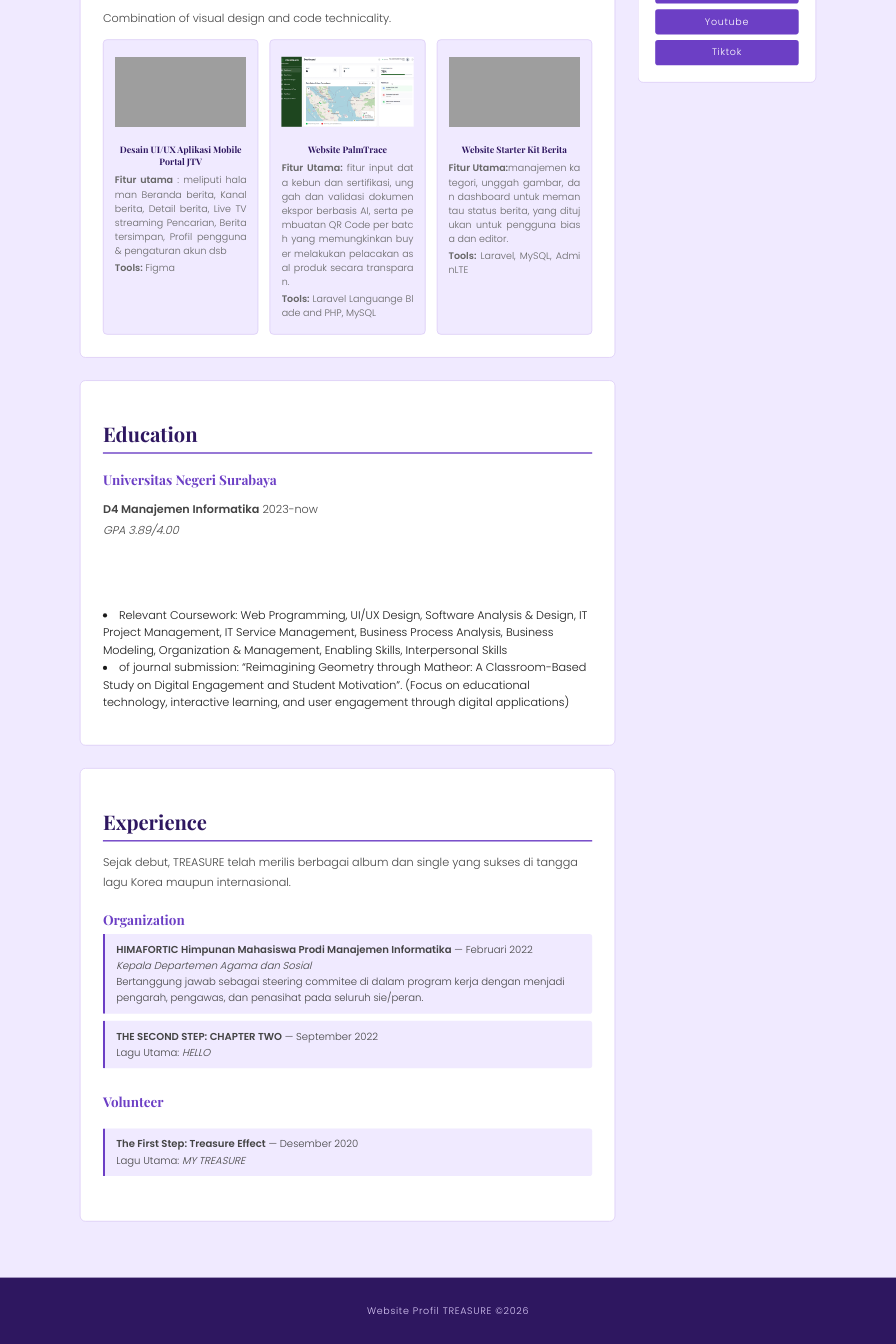
Repository: VergiMutiaRahmasyani/Website-Portofolio
Page: index.html
An editor plug-in stored every save of this project. The page is shown before and after the next save, followed by the edit.
The browser window is 1280 px wide. The pictures show the part of the page from y = 943 to 2863 px (the page is 2863 px tall before and 2803 px after), at 70% of full size.
Pictures or frames that could not be fetched are drawn as grey boxes.

Above is the page before, as saved 2026-03-07 14:33:00.

### index.html
<!DOCTYPE html>
<html>
    <head>
        <meta charset="utf-8" />
        <meta name="viewport" content="width=device-width, initial-scale=1.0" />
        <title>Portofolio Vergi</title>

        <!-- My Own CSS -->
        <link rel="stylesheet" href="css/style.css" />

        <!-- Google Fonts -->
        <link rel="preconnect" href="https://fonts.googleapis.com">
        <link rel="preconnect" href="https://fonts.gstatic.com" crossorigin>
        <link href="https://fonts.googleapis.com/css2?family=Playfair+Display:wght@400;700&family=Poppins:wght@300;400;600&display=swap" rel="stylesheet">
    </head>

    <body>

        <!-- HEADER -->
        <header class="site-header">

            <!-- NAVBAR -->
            <div class="navbar">
                <nav class="nav-list">
                    <ul>
                        <li><a href="#About">About Me</a></li>
                        <li><a href="#Work">Work</a></li>
                        <li><a href="Project">Project</a></li>
                        <li><a href="#Education">Education</a></li>
                        <li><a href="Organization">Organization</a></li>
                        <li><a href="https://drive.google.com/file/d/13-ep7ykiG-k7d2KfzBZSPx55XoqW1qHe/view?usp=sharing" target="_blank"> Resume</a></li>
                    </ul>
                </nav>
            </div>

            <div class="hero">
                <div class="hero-overlay">
                    <h1>Welcome, <br> To My Portofolio!</h1>
                </div>
            </div>

        </header>

        <!-- MAIN -->
        <main>
            <div class="content-wrapper">
                <div id="content">
                    <article id="About">
                        <h2>About Me</h2>
                        <p>
                            Saya seorang mahasiswa semester 6 Program Studi Manajemen Informatika di Universitas Negeri Surabaya, yang memiliki rasa
                            ingin tahu dan semangat yang besar. Dengan memiliki peminatan pada UI/UX Design dan Web Development,
                            saya telah berpengalaman dalam menciptakan solusi digital yang user-friendly dan berdampak. Melalui
                            kombinasi hard skills dan soft skills yang saya miliki, saya siap untuk beradaptasi dan memberikan kontribusi
                            nyata pada setiap proyek yang dijalankan.
                        </p>
                    </article>

                    <article id="Project">
                        <h2>Featured Project</h2>
                        <p>
                            Combination of visual design and code technicality.
                        </p>

                        <div class="project-list">
                            <div class="project-card">
                                <img src="D:\STUPEN\celerates\SUBMISSION\Web Portofolio\img\portaljtv.png" alt="Portal JTV" class="project-img" />
                                <h3>Desain UI/UX Aplikasi Mobile Portal JTV</h3>
                                <p><strong>Fitur utama</strong> : meliputi halaman Beranda berita, Kanal berita, Detail berita, Live TV streaming
                                    Pencarian, Berita tersimpan, Profil pengguna & pengaturan akun dsb</p>
                                <p><strong>Tools:</strong> Figma</p>
                            </div>
                            <div class="project-card">
                                <img src="img/palmtrace website.png" alt="Palm Trace Website" class="project-img"/>
                                <h3>Website PalmTrace</h3>
                                <p><strong>Fitur Utama:</strong>  fitur input data kebun dan sertifikasi, unggah dan validasi dokumen ekspor berbasis
                                    AI, serta pembuatan QR Code per batch yang memungkinkan buyer melakukan pelacakan asal
                                    produk secara transparan.</p>
                                <p><strong>Tools:</strong>  Laravel Languange Blade and PHP, MySQL</p>
                            </div>
                            <div class="project-card">
                                <img src="D:\STUPEN\celerates\SUBMISSION\Web Portofolio\img\starter kit berita.png" alt="Website Berita" class="project-img"/>
                                <h3>Website Starter Kit Berita </h3>
                                <p><strong>Fitur Utama:</strong>manajemen kategori, unggah gambar, dan dashboard untuk memantau status berita, yang
                                    ditujukan untuk pengguna biasa dan editor.</p>
                                <p><strong>Tools:</strong> Laravel, MySQL, AdminLTE</p>
                            </div>
                        </div>
                    </article>

                    <article id="Education">
                        <h2>Education</h2>
                        <h3>Universitas Negeri Surabaya</h3>
                        <p>
                            <strong>D4 Manajemen Informatika</strong>  2023-now
                            <br><em>GPA 3.89/4.00</em>
                            <br>
                        </p>
                        <p class="education-p">
                            <li > Relevant Coursework: Web Programming, UI/UX Design, Software Analysis & Design, IT Project Management, IT Service Management, Business Process
                                Analysis, Business Modeling, Organization & Management, Enabling Skills, Interpersonal Skills</li>
                            <li> of journal submission: “Reimagining Geometry through Matheor: A Classroom-Based Study on Digital
                                Engagement and Student Motivation”. (Focus on educational technology, interactive learning, and user
                                engagement through digital applications)</li>
                        </p>
                    </article>

                    <article id="pengalaman">
                        <h2>Experience</h2>
                        <p>
                            Sejak debut, TREASURE telah merilis berbagai album dan single yang sukses di tangga lagu Korea maupun internasional.
                        </p>

                        <h3> Organization </h3>
                        <ul class="pengalaman-list">
                            <li>
                                <strong>HIMAFORTIC Himpunan Mahasiswa Prodi Manajemen Informatika</strong> — Februari 2022
                                <br><em>Kepala Departemen Agama dan Sosial</em>
                                <br>Bertanggung jawab sebagai steering commitee di dalam program kerja dengan menjadi pengarah,
                                pengawas, dan penasihat  pada seluruh sie/peran.
                            </li>
                            <li>
                                <strong>THE SECOND STEP: CHAPTER TWO</strong> — September 2022
                                <br>Lagu Utama: <em>HELLO</em>
                            </li>


                        <h3>Volunteer</h3>
                        <ul class="pengalaman-list">
                            <li>
                                <strong>The First Step: Treasure Effect</strong> — Desember 2020
                                <br>Lagu Utama: <em>MY TREASURE</em>
                            </li>
                    </article>

                </div>

                <!-- ASIDE -->
                <aside>
                    <div class="aside-inner">
                        <h3>Info Singkat</h3>
                        <img src="img/vergi photo.jpeg" alt="Foto Vergi" class="aside-img" />
                        <ul class="aside-info">
                            <li><strong>Debut:</strong> 7 Maret 2026</li>
                            <li><strong>Agensi:</strong> MI Entertainment</li>
                            <li><strong>Member:</strong> 6 orang</li>
                            <li><strong>Fandom:</strong> Vergilicious</li>
                        </ul>

                        <h3>Media Sosial</h3>
                        <ul class="aside-social">
                            <li><a href="https://www.instagram.com/yg_treasure_official/" target="_blank">Instagram</a></li>
                            <li><a href="https://www.youtube.com/@TREASURE" target="_blank">Youtube</a></li>
                            <li><a href="https://tiktok.com/@yg_treasure_tiktok" target="_blank">Tiktok</a></li>
                        </ul>
                    </div>
                </aside>
            </div>

        </main>

        <!-- FOOTER -->
        <footer>
            <p>Website Profil TREASURE &copy;2026 </p>
        </footer>

    </body>
</html>

### css/style.css
*,
*::before,
*::after {
    box-sizing: border-box;
}

/* =====================
   PALET WARNA UNGU
   --ungu-gelap   : #2e1760  (navbar, footer)
   --ungu-utama   : #6c3fc5  (aksen utama)
   --ungu-sedang  : #9b6ee0  (hover, border)
   --ungu-muda    : #d8c8f5  (border ringan)
   --ungu-pucat   : #f0eaff  (background halaman)
   ===================== */

body {
    font-family: 'Poppins', sans-serif;
    font-weight: 300;
    background-color: #f0eaff;
    color: #1a1a1a;
    margin: 0;
}


header.site-header {
    background-color: #2e1760;
    color: white;
}

/* NAVBAR */
header.site-header .navbar {
    padding: 1rem 2rem;
    position: fixed;
    top: 0;
    left: 0;
    right: 0;
    width: 100%;
    z-index: 999;
    background-color: #2e1760;
}

header.site-header .nav-list ul {
    list-style: none;
    padding: 0;
    margin: 0;

    display: flex;
    justify-content: center;
    gap: 2rem;
}

header.site-header .nav-list li a {
    text-decoration: none;
    color: #d8c8f5;
    font-size: 0.9rem;
    font-weight: 400;
    letter-spacing: 1px;
    transition: color 0.2s ease;
}

header.site-header .nav-list li a:hover {
    color: white;
}

/* HERO */
header.site-header .hero {
    position: relative;
    width: 100%;
    height: 370px;
    overflow: hidden;
    margin-top: 57px;
}

header.site-header .hero .hero-overlay {
    position: absolute;
    inset: 0;
    display: flex;
    align-items: center;
    justify-content: center;
}

header.site-header .hero .hero-overlay h1 {
    font-family: 'Playfair Display', serif;
    font-size: 5rem;
    letter-spacing: 10px;
    color: white;
    margin: 0;
    text-align: center;
}


/* =====================
   MAIN & LAYOUT
   ===================== */

main {
    max-width: 1100px;
    margin-inline: auto;
    padding: 2rem 1.5rem;
}

.content-wrapper {
    display: flex;
    gap: 2rem;
    align-items: flex-start;
}

#content {
    flex: 3;

    display: flex;
    flex-direction: column;
    gap: 2rem;
}


/* =====================
   ARTICLE
   ===================== */

article {
    background-color: white;
    border: 1px solid #d8c8f5;
    border-radius: 8px;
    padding: 2rem;
}

article h2 {
    font-family: 'Playfair Display', serif;
    font-size: 1.8rem;
    margin-bottom: 1rem;
    padding-bottom: 0.5rem;
    border-bottom: 2px solid #6c3fc5;
    color: #2e1760;
}

article h3 {
    font-family: 'Playfair Display', serif;
    font-size: 1.2rem;
    margin-top: 1.5rem;
    margin-bottom: 0.5rem;
    color: #6c3fc5;
}

article p {
    line-height: 1.8;
    margin-bottom: 1rem;
    color: #444;
}



/* =====================
   PROJECT CARDS
   ===================== */

.project-list {
    display: flex;
    flex-wrap: wrap;
    gap: 1rem;
    margin-top: 0.5rem;
}

.project-card {
    flex: 1 1 160px;
    background-color: #f0eaff;
    border: 1px solid #d8c8f5;
    border-radius: 6px;
    padding: 1rem;
}

.project-img {
    width: 100%;
    max-width: 250px;
    height: 100px;
    object-fit:cover;
    object-position: top;
    display: block;
    margin: 0.5rem auto 1rem auto;
    border-radius: 0px;
}

.project-card h3 {
    font-size: 0.8rem;
    margin-top: 0.5;
    margin-bottom: 0.5rem;
    text-align: center;
    color: #2e1760;
}

.project-card p {
    font-size: 0.85rem;
    color: #666;
    margin: 0.2rem 0;
    line-height: 1.5;
    text-align: justify;
    text-justify: inter-word;
    word-break: break-all;
}

.education-p {
    padding: 1cm;
    margin: 0.2rem 0;
    line-height: 1.5;
    text-align: justify;
    text-justify: inter-word;
    word-break: break-all;
}

/* =====================
   ALBUM LIST
   ===================== */

.pengalaman-list {
    list-style: none;
    padding: 0;
    margin: 0.5rem 0 1rem 0;

    display: flex;
    flex-direction: column;
    gap: 0.6rem;
}

.pengalaman-list li {
    padding: 0.7rem 1rem;
    background-color: #f0eaff;
    border-left: 3px solid #6c3fc5;
    border-radius: 0 4px 4px 0;
    font-size: 0.9rem;
    color: #444;
    line-height: 1.6;
}


/* =====================
   ASIDE
   ===================== */

aside {
    flex: 1;
    position: sticky;
    top: 80px;
}

aside .aside-inner {
    background-color: white;
    border: 1px solid #d8c8f5;
    border-radius: 8px;
    padding: 1.5rem;
}

aside h3 {
    font-family: 'Playfair Display', serif;
    font-size: 1.1rem;
    margin-top: 1.2rem;
    margin-bottom: 0.8rem;
    padding-bottom: 0.4rem;
    border-bottom: 1px solid #d8c8f5;
    color: #2e1760;
}

aside h3:first-child {
    margin-top: 0;
}

.aside-img {
    width: 100%;
    max-width: 250px;
    height: 200px;
    object-fit: cover;
    object-position: center;
    display: block;
    margin: 0.5rem auto 1rem auto;
    border-radius: 100px;
}

.aside-info {
    list-style: none;
    padding: 0;
    margin: 0;

    display: flex;
    flex-direction: column;
    gap: 0.4rem;
}

.aside-info li {
    font-size: 0.85rem;
    color: #444;
    line-height: 1.6;
}

.aside-social {
    list-style: none;
    padding: 0;
    margin: 0;

    display: flex;
    flex-direction: column;
    gap: 0.5rem;
}

.aside-social li a {
    display: block;
    text-align: center;
    padding: 0.5rem;
    background-color: #6c3fc5;
    color: white;
    text-decoration: none;
    border-radius: 4px;
    font-size: 0.85rem;
    letter-spacing: 1px;
    transition: background-color 0.2s ease;
}

.aside-social li a:hover {
    background-color: #9b6ee0;
}


/* =====================
   FOOTER
   ===================== */

footer {
    background-color: #2e1760;
    color: #d8c8f5;
    text-align: center;
    padding: 1.5rem;
    margin-top: 3rem;
    font-size: 0.85rem;
    letter-spacing: 1px;
}


/* =====================
   RESPONSIVE
   ===================== */

@media screen and (max-width: 768px) {
    header.site-header .nav-list ul {
        flex-wrap: wrap;
        justify-content: center;
        gap: 0.8rem;
    }

    .content-wrapper {
        flex-direction: column;
    }

    aside {
        position: static;
        width: 100%;
    }

    .project-card {
        flex: 1 1 130px;
    }
}

After the next save:
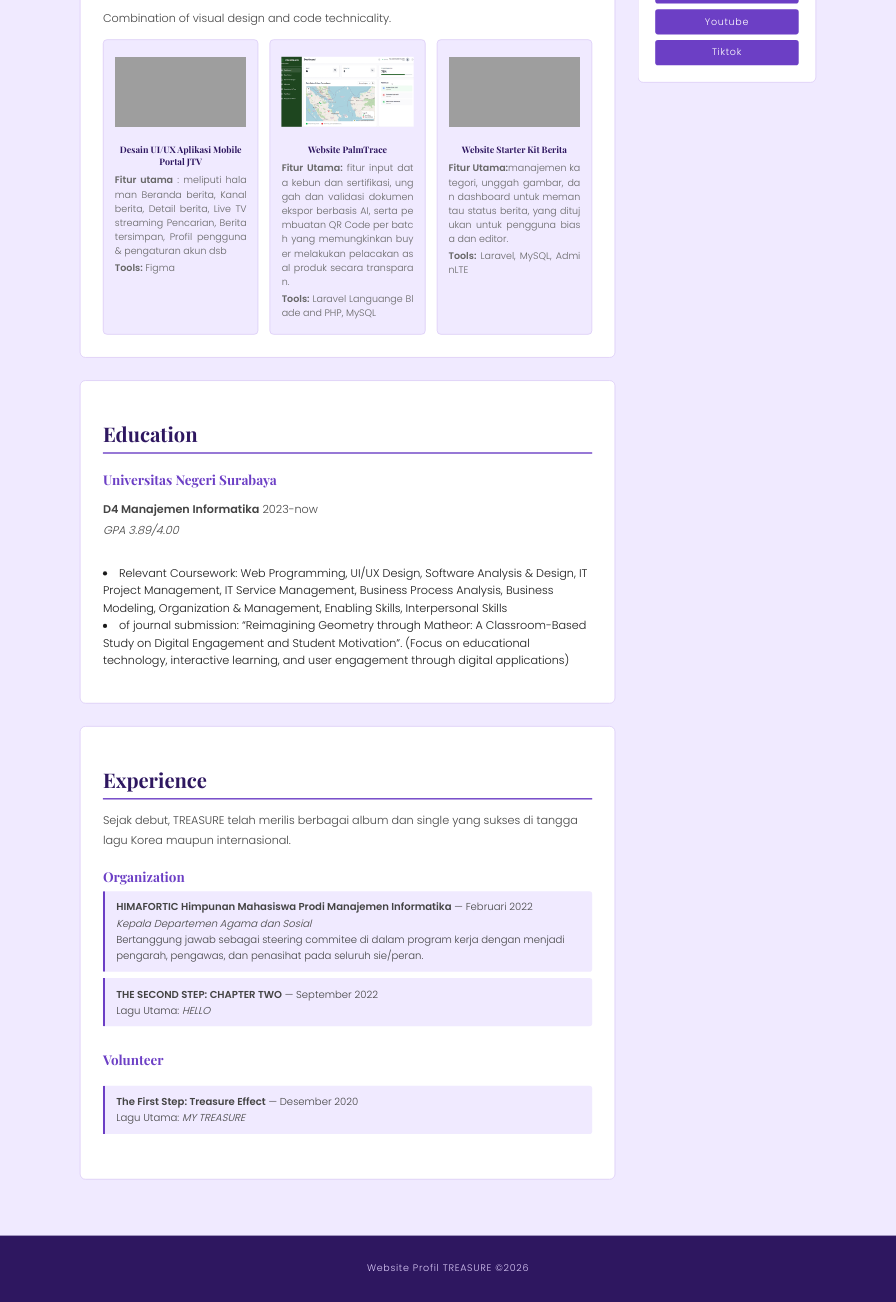
Saved 10 s later.
--- a/css/style.css
+++ b/css/style.css
@@ -199,7 +199,7 @@ article p {
 }
 
 .education-p {
-    padding: 1cm;
+    padding: 0.2cm;
     margin: 0.2rem 0;
     line-height: 1.5;
     text-align: justify;
